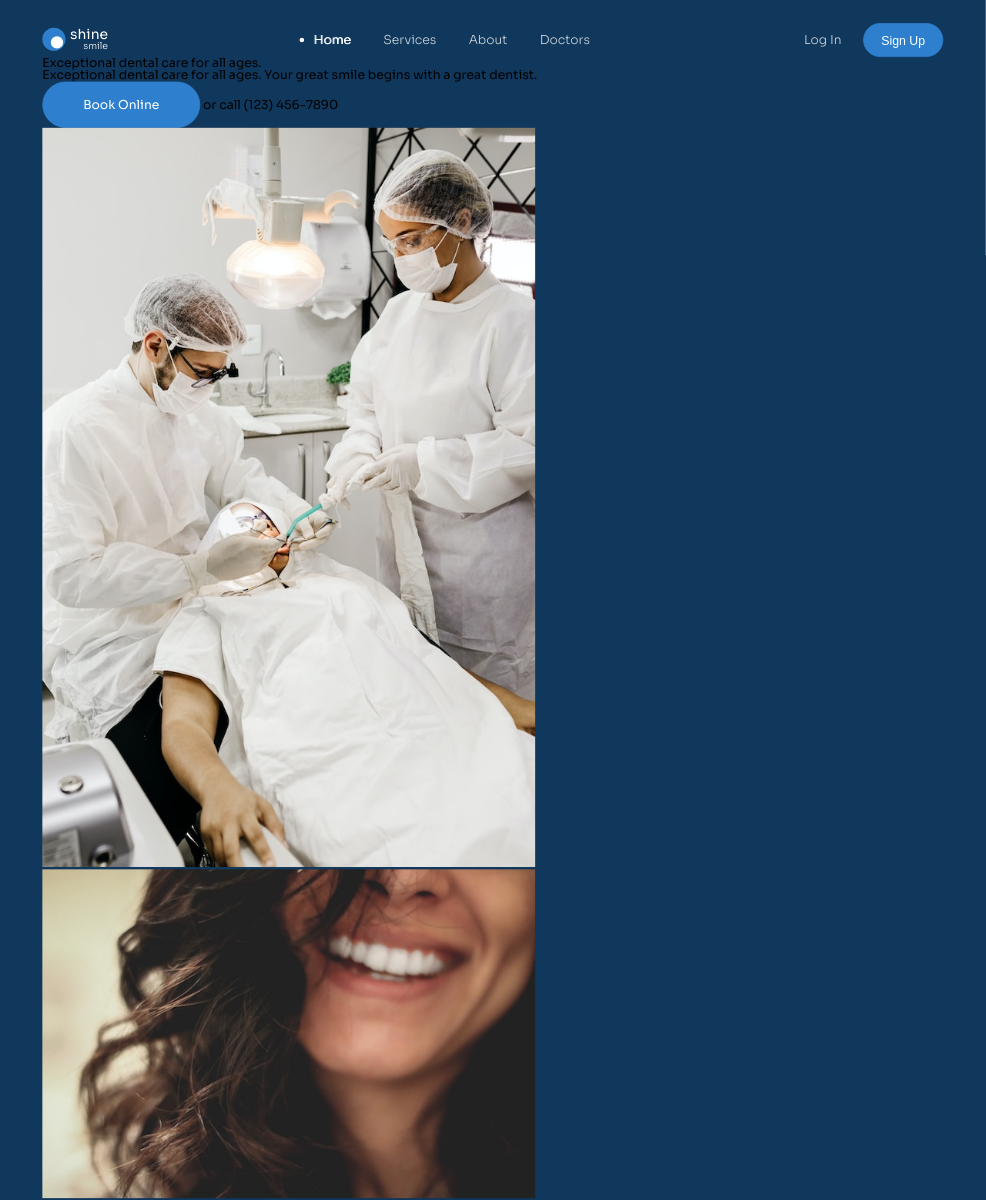
Repository: anhtien111198/f8-htmlcss-03
Page: index.html
The author's editor kept a copy of each file at every save. The page is drawn from the files as they stood at one save, then again after the next save.
The browser window is 1280 px wide. The pictures show the whole page, at 77% of full size.

Above is the page before, as saved 2023-05-12 13:42:41.

After the next save:
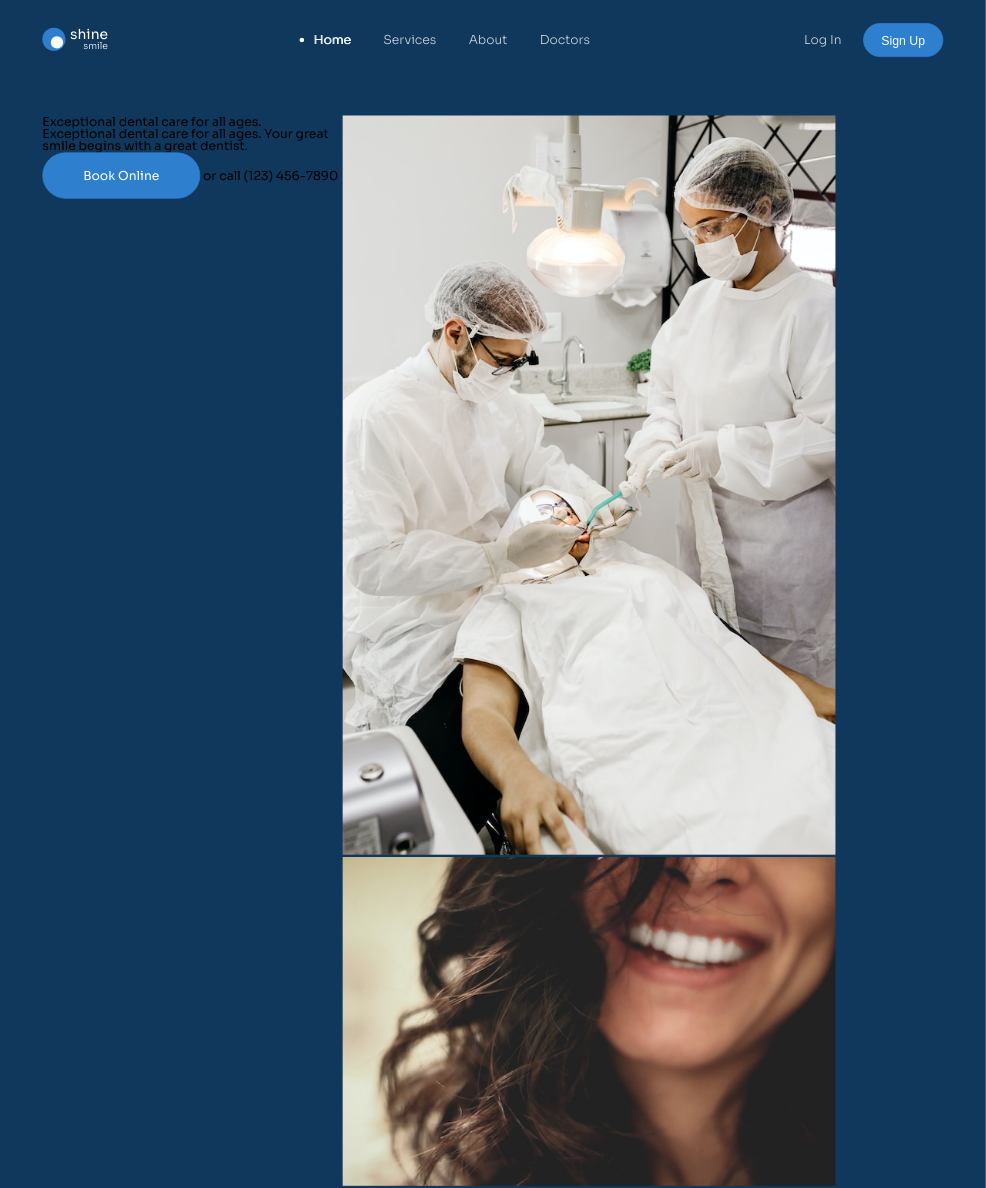
Saved 79 s later.
--- a/assets/css/style.css
+++ b/assets/css/style.css
@@ -127,3 +127,8 @@ a {
     --height: 44px;
     min-width: 104px;
 }
+/* ========hero=========== */
+.hero {
+    display: flex;
+    margin-top: 76px;
+}
